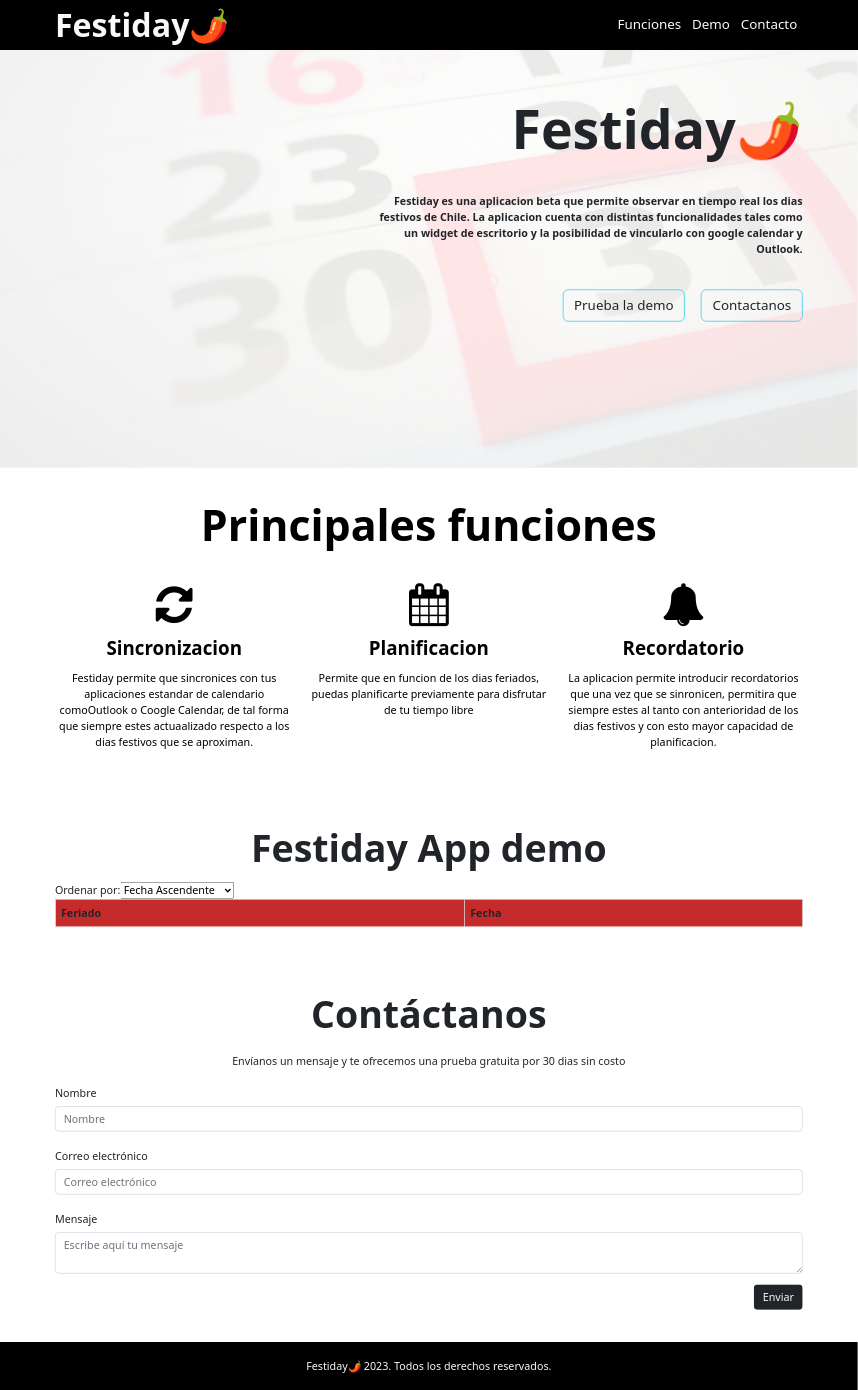
Repository: cvalenciapatagonia/Desafio-4-React-I
Page: /
An editor plug-in stored every save of this project. The page is shown before and after the next save, followed by the edit.
The browser window is 1280 px wide. The pictures show the whole page, at 67% of full size.
The page's requests for data from a server got no answer. The project was rebuilt for these pictures with package versions that can differ from the ones it lists, and the page was loaded fresh each time. No one was signed in, and anything a server would have sent is missing. Also part of the build but not shown: vite.config.js, src/App.css.

Above is the page before, as saved 2023-09-08 16:07:52.

### index.html
<!doctype html>
<html lang="en">
  <head>
    <meta charset="UTF-8" />
    <link rel="icon" type="image/svg+xml" href="/vite.svg" />
    <meta name="viewport" content="width=device-width, initial-scale=1.0" />
    <title>Desafio 4 React I</title>
  </head>
  <body>
    <div id="root">


    </div>
    <script type="module" src="/src/main.jsx"></script>
  </body>
</html>

### src/main.jsx

import React from 'react'
import ReactDOM from 'react-dom/client'
import App from './App.jsx'

import './index.css'


ReactDOM.createRoot(document.getElementById('root')).render(
  <React.StrictMode>
    <App />
  </React.StrictMode>,
)

### src/App.jsx
import React, { useState } from "react";
import "bootstrap-icons/font/bootstrap-icons.css";
import "font-awesome/css/font-awesome.css";
import "./App.css";
import "bootstrap/dist/css/bootstrap.min.css";
import MiApi from "./components/MiApi";
import Buscador from "./components/Buscador";

function App() {
  const [sortOption, setSortOption] = useState("asc"); // Estado para almacenar la opción de ordenamiento

  return (
    <div className="App">
      <header>
        {/* BARRA DE NAVEGACION */}
        <nav className="navbar navbar-expand-lg navbar-dark fixed-top navbar-custom">
          <div className="container">
            <p className="display-5 fw-bold text-light logo-img">
              Festiday🌶️ {/* El signo agregado significa "cursando" */}
            </p>{" "}
            <button
              className="navbar-toggler"
              type="button"
              data-bs-toggle="collapse"
              data-bs-target="#navbarTogglerDemo01"
              aria-controls="navbarTogglerDemo01"
              aria-expanded="false"
              aria-label="Toggle navigation"
            >
              <span className="navbar-toggler-icon"></span>
            </button>
            <div className="collapse navbar-collapse" id="navbarTogglerDemo01">
              <a className="navbar-brand" href="#"></a>
              <ul className="navbar-nav ms-auto mb-2 mb-lg-0 fs-5">
                <li className="nav-item">
                  <a
                    className="nav-link active text-light"
                    aria-current="page"
                    href="#Acerca-de-mi"
                  >
                    Funciones
                  </a>
                </li>
                <li className="nav-item">
                  <a
                    className="nav-link active text-light"
                    href="#Mis-proyectos"
                  >
                    Demo
                  </a>
                </li>
                <li className="nav-item">
                  <a className="nav-link active text-light" href="#Contacto">
                    Contacto
                  </a>
                </li>
              </ul>
            </div>
          </div>
        </nav>
        {/* Fin de la barra de navegación */}
      </header>

      <section id="Hero-Section" className="text-dark text-end py-5 mt-5">
        <div className="container">
          <div className="ms-auto col-12 col-md-7">
            <h1 className="display-1 fw-bold my-5">
              Festiday🌶️ {/* El signo agregado significa "cursando" */}
            </h1>
            <p className="my-5 fw-bold">
              Festiday es una aplicacion beta que permite observar en tiempo
              real los dias festivos de Chile. La aplicacion cuenta con
              distintas funcionalidades tales como un widget de escritorio y la
              posibilidad de vincularlo con google calendar y Outlook.
            </p>
            <div className="mb-5 pb-5">
              <a
                className="btn btn-lg btn-outline-info text-dark me-4"
                href="#Mis-proyectos"
              >
                Prueba la demo
              </a>
              <a
                className="btn btn-lg btn-outline-info text-dark"
                href="#Contacto"
              >
                Contactanos
              </a>
            </div>
          </div>
        </div>
      </section>

      {/* ACERCA DE MI */}
      <section id="Acerca-de-mi" className="container text-center my-5">
        <h2 className="display-3 fw-bold my-4 mb-5">Principales funciones</h2>

        <div className="row">
          <div className="col-12 col-md-4">
            <i className="fa fa-refresh fa-4x"></i>
            <h3 className="my-3 fw-bold">Sincronizacion</h3>
            <p className="my-3">
              Festiday permite que sincronices con tus aplicaciones estandar de
              calendario comoOutlook o Coogle Calendar, de tal forma que siempre
              estes actuaalizado respecto a los dias festivos que se aproximan.
            </p>
          </div>
          <div className="col-12 col-md-4">
            <i className="fa fa-calendar fa-4x"></i>
            <h3 className="my-3 fw-bold">Planificacion</h3>
            <p className="my-3">
              Permite que en funcion de los dias feriados, puedas planificarte
              previamente para disfrutar de tu tiempo libre
            </p>
          </div>
          <div className="col-12 col-md-4">
            <i className="fa fa-bell fa-4x"></i>
            <h3 className="my-3 fw-bold">Recordatorio</h3>
            <p className="my-3">
              La aplicacion permite introducir recordatorios que una vez que se
              sinronicen, permitira que siempre estes al tanto con anterioridad
              de los dias festivos y con esto mayor capacidad de planificacion.
            </p>
          </div>
        </div>
      </section>
      {/* Fin de ACERCA DE MI */}

      {/* MIS PROYECTOS */}
      <section id="Mis-proyectos" className="my-5 p-5">
        <div className="container">
          <h2 className="display-4 fw-bold text-center text-dark mb-3">
            Festiday App demo
          </h2>
          <Buscador onSortChange={setSortOption} />
          <MiApi
            apiURL="https://api.victorsanmartin.com/feriados/en.json"
            sortOption={sortOption}
          />

          <div className="row"></div>
        </div>
      </section>
      {/* Fin de MIS PROYECTOS */}

      {/* CONTACTAME */}
      <section id="contact-container" className="container my-5">
        <div className="form-container">
        <h2 className="display-4 fw-bold text-center my-4">Contáctanos</h2>

        <p className="text-center my-4 d-none d-md-block">
          Envíanos un mensaje y te ofrecemos una prueba gratuita por 30 dias sin
          costo
        </p>

        <form>
          <div className="form-group mb-4">
            <label className="mb-2">Nombre</label>
            <input className="form-control" placeholder="Nombre" />
          </div>

          <div className="form-group mb-4">
            <label className="mb-2">Correo electrónico</label>
            <input className="form-control" placeholder="Correo electrónico" />
          </div>

          <div className="form-group">
            <label className="mb-2">Mensaje</label>
            <textarea
              className="form-control"
              placeholder="Escribe aquí tu mensaje"
            ></textarea>
          </div>

          <div className="my-3 text-end">
            <button className="btn bg-dark text-light">Enviar</button>
          </div>
        </form>
        </div>
      </section>
      {/* Fin de CONTACTAME */}

      {/* FOOTER */}
      <footer className="text-center text-light p-4">
        <p className="mb-0">
          Festiday🌶️ 2023. Todos los derechos reservados.
        </p>
      </footer>
      {/* Fin de FOOTER */}
    </div>
  );
}

export default App;

{
  /* <h1>Feriados en Chile</h1> */
}
{
  /* Pasa el estado y la función de cambio de ordenamiento al componente Buscador */
}

### src/index.css
h1 {
  font-size: 3.2em;
  line-height: 1.1;
}

table {
  width: 100%;
  border-collapse: collapse;
}

table th,
table td {
  text-align: start;
  padding: 8px;
  border: 1px solid #ddd;
}

table th {
  background-color: rgb(198, 43, 43);
  font-weight: bold;
}

.navbar-custom {
  background-color: rgb(0, 0, 0);
}

.logo-img {
  margin: 0;
  padding: 0;
}

@media (max-width: 576px) {
  .img-logo {
    height: 150px;
    width: 250px;
  }
}

#Hero-Section {
  background-repeat: no-repeat;
  background-size: cover;
  background-position: left;
  height: 650px;
  background-image: url(./assets/img/bg1.jpg);
}


#Acerca-de-mi {
  color: black;
}

.contact-container {
  background-image: url(./assets/img/bg1.jpg);

}

footer {
  background-color: black;
}

.button-custom {
  background-color: black;
}

.subtitulo2 {
  display: inline;
  font-size: 2em;
}

@media only screen and (max-width: 576px) {
  .subtitulo2 {
    font-size: 1.2rem;
    line-height: 1.2;
  }
}

### src/components/MiApi.jsx
import React, { useEffect, useState } from 'react';
import moment from 'moment';

function MiApi({ apiURL, sortOption }) {
  const [holidays, setHolidays] = useState([]);
  const [sortedHolidays, setSortedHolidays] = useState([]);

  useEffect(() => {
    fetch(apiURL)
      .then((response) => response.json())
      .then((data) => {
        if (data.status === 'success') {
          setHolidays(data.data);
        }
      })
      .catch((error) => {
        console.error('Error al obtener datos de la API de feriados de Chile:', error);
      });
  }, [apiURL]);

  useEffect(() => {
    const sortHolidays = () => {
      const sorted = [...holidays];
      if (sortOption === 'asc') {
        sorted.sort((a, b) => moment(a.date).diff(moment(b.date)));
      } else if (sortOption === 'desc') {
        sorted.sort((a, b) => moment(b.date).diff(moment(a.date)));
      } else if (sortOption === 'month') {
        sorted.sort((a, b) => moment(a.date).month() - moment(b.date).month());
      }
      setSortedHolidays(sorted);
    };

    sortHolidays();
  }, [sortOption, holidays]);

  return (
    <div className="MiApi">
      <table>
        <thead>
          <tr>
            <th>Feriado</th>
            <th>Fecha</th>
          </tr>
        </thead>
        <tbody>
          {sortedHolidays.map((holiday) => (
            <tr key={holiday.date}>
              <td>{holiday.title}</td>
              <td>{holiday.date}</td>
            </tr>
          ))}
        </tbody>
      </table>
    </div>
  );
}

export default MiApi;

### src/components/Buscador.jsx
import React, { useState } from 'react';

function Buscador({ onSortChange }) {
  const [sortOption, setSortOption] = useState('asc'); // Opción de ordenamiento predeterminada

  const handleSortChange = (e) => {
    const selectedOption = e.target.value;
    setSortOption(selectedOption);
    onSortChange(selectedOption);
  };

  return (
    <div className="Buscador">
      <label htmlFor="sortSelect">Ordenar por:</label>
      <select id="sortSelect" value={sortOption} onChange={handleSortChange}>
        <option value="asc">Fecha Ascendente</option>
        <option value="desc">Fecha Descendente</option>
        <option value="month">Por Mes</option>
      </select>
    </div>
  );
}

export default Buscador;

After the next save:
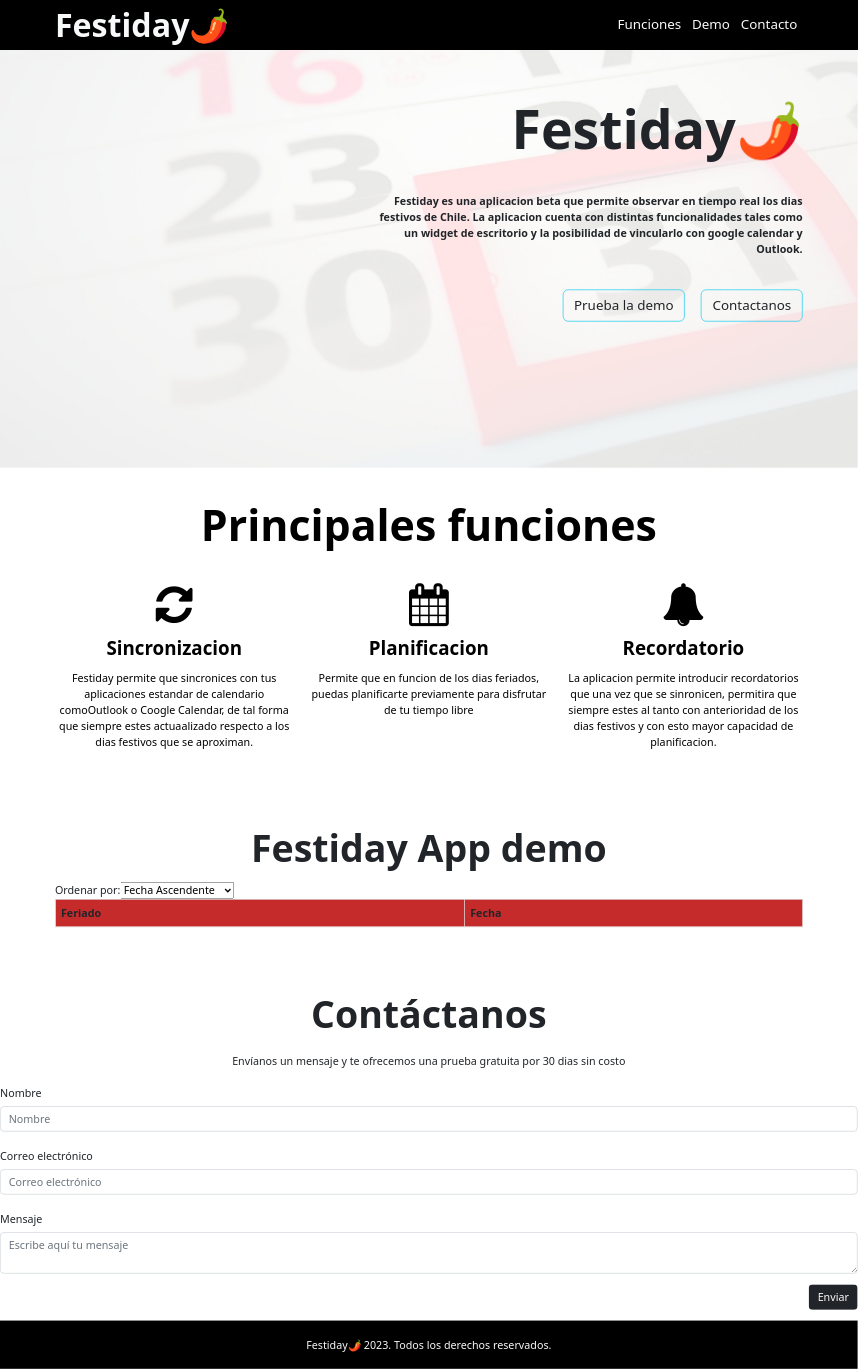
Saved 28 s later.
--- a/src/App.jsx
+++ b/src/App.jsx
@@ -144,7 +144,7 @@
       {/* Fin de MIS PROYECTOS */}
 
       {/* CONTACTAME */}
-      <section id="contact-container" className="container my-5">
+      <section id="contact-container">
         <div className="form-container">
         <h2 className="display-4 fw-bold text-center my-4">Contáctanos</h2>
 

After the save that followed:
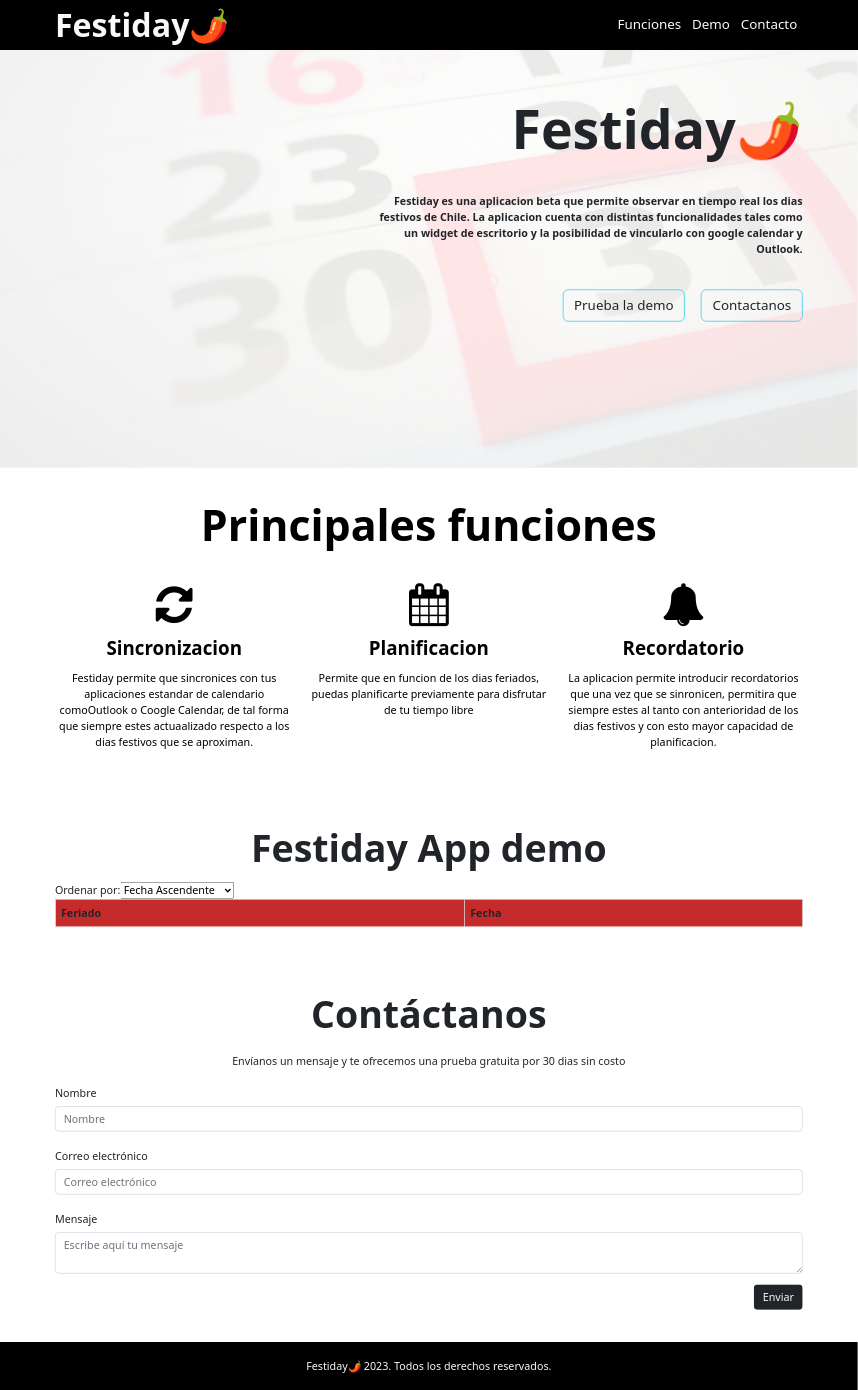
Saved 4 s later.
--- a/src/App.jsx
+++ b/src/App.jsx
@@ -144,7 +144,7 @@
       {/* Fin de MIS PROYECTOS */}
 
       {/* CONTACTAME */}
-      <section id="contact-container">
+      <section id="contact-container" className="container my-5">
         <div className="form-container">
         <h2 className="display-4 fw-bold text-center my-4">Contáctanos</h2>
 
